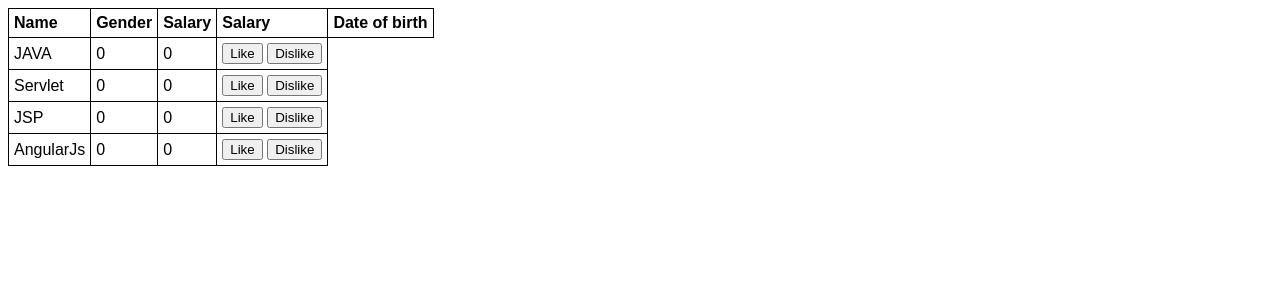
Repository: ammoreloaded/WebProjectFirst
Page: homework/WebProjectFirst/web/filterDemo.html
The author's editor kept a copy of each file at every save. The page is drawn from the files as they stood at one save, then again after the next save.
The browser window is 1280 px wide. The pictures show the whole page.

Above is the page before, as saved 2016-05-19 15:00:15.

After the next save:
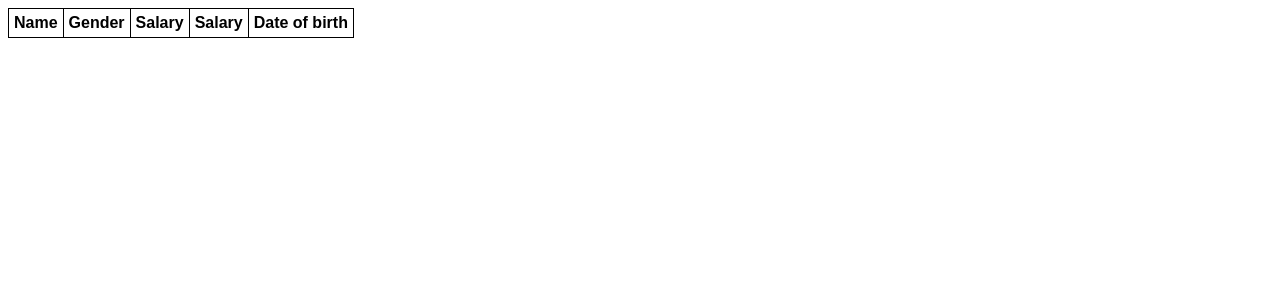
Saved 14 s later.
--- a/homework/WebProjectFirst/web/filterDemo.html
+++ b/homework/WebProjectFirst/web/filterDemo.html
@@ -18,7 +18,7 @@
 				</tr>
 			</thead>
 			<tbody>
-				<tr ng-repeat="technology in technologies">
+				<tr ng-repeat="employee in employees">
 					<td>{{ technology.name }}</td>
 					<td>{{ technology.likes }}</td>
 					<td>{{ technology.dislikes }}</td>
